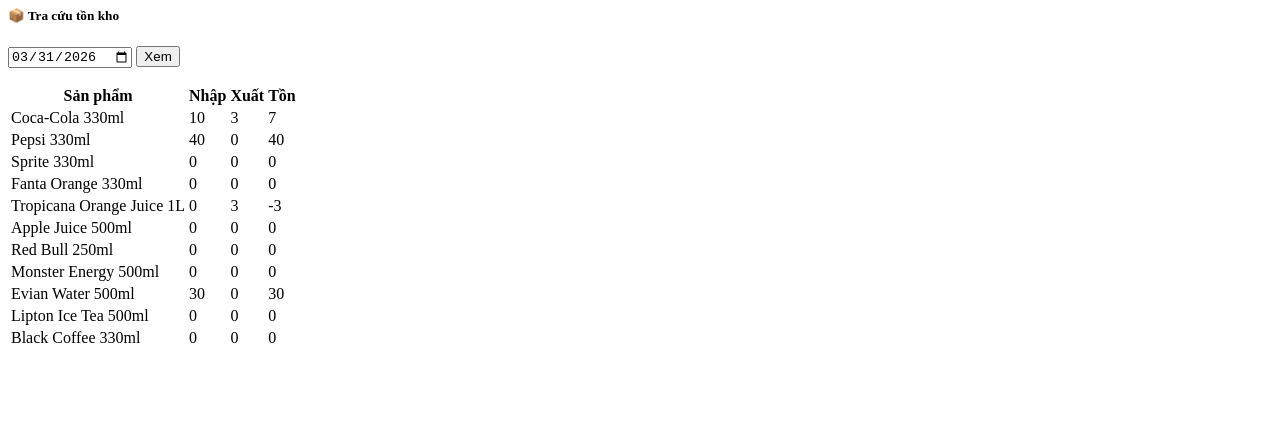
Repository: cu-dat/web2_softdrink
Page: http://localhost/web2_softdrink/admin/report/stock_check.php
An editor plug-in stored every save of this project. The page is shown before and after the next save, followed by the edit.
The browser window is 1280 px wide. The pictures show the whole page.
The page is run by PHP 8.4 with error messages shown; the project is at /var/www/html/. The database holds what the project's SQL file puts in it.

Above is the page before, as saved 2026-03-31 18:35:15.

### admin/report/stock_check.php
<?php
require_once '../config/database.php';

$date = $_GET['date'] ?? date('Y-m-d');

$sql = "
SELECT
    p.id,
    p.name,

    -- tổng nhập
    COALESCE((
        SELECT SUM(d.quantity)
        FROM import_details d
        JOIN imports i ON d.import_id = i.id
        WHERE d.product_id = p.id
        AND i.status = 'completed'
        AND i.created_at <= '$date 23:59:59'
    ),0) AS total_import,

    -- tổng xuất
    COALESCE((
        SELECT SUM(od.quantity)
        FROM order_details od
        JOIN orders o ON od.order_id = o.id
        WHERE od.product_id = p.id
        AND o.status = 'completed'
        AND o.created_at <= '$date 23:59:59'
    ),0) AS total_export

FROM products p
";

$result = $conn->query($sql);
?>

<div class="container mt-4">
    <div class="card shadow">
        <div class="card-header bg-primary text-white">
            <h5>📦 Tra cứu tồn kho</h5>
        </div>

        <div class="card-body">

            <form method="GET" class="mb-3">
                <input type="date" name="date" value="<?= $date ?>" class="form-control w-25 d-inline">
                <button class="btn btn-primary">Xem</button>
            </form>

            <table class="table table-bordered text-center">
                <tr>
                    <th>Sản phẩm</th>
                    <th>Nhập</th>
                    <th>Xuất</th>
                    <th>Tồn</th>
                </tr>

                <?php while($row = $result->fetch_assoc()):
                    $stock = $row['total_import'] - $row['total_export'];
                ?>
                <tr>
                    <td><?= $row['name'] ?></td>
                    <td><?= $row['total_import'] ?></td>
                    <td><?= $row['total_export'] ?></td>
                    <td class="fw-bold"><?= $stock ?></td>
                </tr>
                <?php endwhile; ?>
            </table>

        </div>
    </div>
</div>

### admin/config/database.php
<?php
define('DB_HOST', 'localhost');
define('DB_USER', 'root');
define('DB_PASS', '');
define('DB_NAME', 'soft_drink_store');

$conn = new mysqli(DB_HOST, DB_USER, DB_PASS, DB_NAME);

if ($conn->connect_error) {
    die("Connection failed: " . $conn->connect_error);
}

$conn->set_charset("utf8mb4");
?>

### img/soft_drink_store (2).sql (the tables this page reads)
CREATE TABLE `import_details` (
  `id` int(11) NOT NULL,
  `import_id` int(11) NOT NULL,
  `product_id` int(11) DEFAULT NULL,
  `quantity` int(11) NOT NULL,
  `import_price` decimal(10,2) NOT NULL,
  `profit_margin` decimal(5,2) DEFAULT 0.00,
  `selling_price` decimal(10,2) DEFAULT 0.00,
  `created_at` timestamp NOT NULL DEFAULT current_timestamp()
) ENGINE=InnoDB DEFAULT CHARSET=utf8mb4 COLLATE=utf8mb4_general_ci;

INSERT INTO `import_details` (`id`, `import_id`, `product_id`, `quantity`, `import_price`, `profit_margin`, `selling_price`, `created_at`) VALUES
(1, 1, 1, 10, 10000.00, 0.00, 0.00, '2026-03-31 11:26:27'),
(2, 1, 2, 20, 10000.00, 0.00, 0.00, '2026-03-31 11:53:20'),
(3, 1, 2, 20, 10000.00, 0.00, 0.00, '2026-03-31 11:58:29'),
(4, 5, 9, 30, 7000.00, 0.00, 0.00, '2026-03-31 11:58:42'),
(5, 7, 4, 15, 10000.00, 0.00, 0.00, '2026-04-02 10:51:34'),
(6, 8, 7, 40, 12000.00, 0.00, 0.00, '2026-04-02 10:56:59'),
(7, 10, 8, 30, 9000.00, 0.00, 0.00, '2026-04-02 10:58:14'),
(8, 11, 10, 15, 8000.00, 0.00, 0.00, '2026-04-02 11:40:00'),
(9, 15, 3, 10, 8000.00, 0.00, 0.00, '2026-04-02 11:42:17'),
(10, 16, 10, 10, 8000.00, 0.00, 0.00, '2026-04-02 11:42:51'),
(11, 9, 8, 5, 10000.00, 0.00, 0.00, '2026-04-02 11:57:55'),
(12, 12, 5, 12, 12000.00, 0.00, 0.00, '2026-04-02 11:58:21'),
(13, 14, 11, 50, 11500.00, 0.00, 0.00, '2026-04-02 11:58:37'),
(14, 9, 3, 13, 8000.00, 0.00, 0.00, '2026-04-02 12:07:11'),
(15, 17, 5, 10, 8000.00, 0.00, 0.00, '2026-04-02 12:07:36'),
(16, 18, 6, 15, 9500.00, 0.00, 0.00, '2026-04-02 12:07:53'),
(17, 19, 1, 15, 19500.00, 0.00, 0.00, '2026-04-02 12:09:25'),
(18, 19, 11, 15, 11000.00, 0.00, 0.00, '2026-04-02 12:09:47'),
(19, 19, 2, 10, 9500.00, 0.00, 0.00, '2026-04-02 12:09:55');

ALTER TABLE `import_details`
  ADD PRIMARY KEY (`id`),
  ADD KEY `idx_import` (`import_id`),
  ADD KEY `idx_product` (`product_id`);

ALTER TABLE `import_details`
  MODIFY `id` int(11) NOT NULL AUTO_INCREMENT, AUTO_INCREMENT=20;

ALTER TABLE `import_details`
  ADD CONSTRAINT `fk_import` FOREIGN KEY (`import_id`) REFERENCES `imports` (`id`) ON DELETE CASCADE,
  ADD CONSTRAINT `fk_product` FOREIGN KEY (`product_id`) REFERENCES `products` (`id`) ON DELETE SET NULL;

CREATE TABLE `imports` (
  `id` int(11) NOT NULL,
  `import_code` varchar(50) DEFAULT NULL,
  `import_date` datetime DEFAULT current_timestamp(),
  `supplier_name` varchar(150) DEFAULT NULL,
  `note` text DEFAULT NULL,
  `status` enum('draft','completed') DEFAULT 'draft',
  `created_by` int(11) DEFAULT NULL,
  `created_at` timestamp NOT NULL DEFAULT current_timestamp(),
  `updated_at` timestamp NOT NULL DEFAULT current_timestamp() ON UPDATE current_timestamp()
) ENGINE=InnoDB DEFAULT CHARSET=utf8mb4 COLLATE=utf8mb4_general_ci;

INSERT INTO `imports` (`id`, `import_code`, `import_date`, `supplier_name`, `note`, `status`, `created_by`, `created_at`, `updated_at`) VALUES
(1, NULL, '2026-03-31 18:24:01', NULL, NULL, 'completed', NULL, '2026-03-31 11:24:01', '2026-03-31 11:26:34'),
(2, NULL, '2026-03-31 18:49:17', NULL, NULL, 'completed', NULL, '2026-03-05 02:00:00', '2026-03-31 11:49:17'),
(3, NULL, '2026-03-31 18:49:17', NULL, NULL, 'completed', NULL, '2026-03-10 03:00:00', '2026-03-31 11:49:17'),
(4, NULL, '2026-03-31 18:49:53', NULL, NULL, 'completed', NULL, '2026-03-31 11:49:53', '2026-04-02 10:51:10'),
(5, NULL, '2026-03-31 18:58:31', NULL, NULL, 'completed', NULL, '2026-03-31 11:58:31', '2026-04-02 10:51:11'),
(6, NULL, '2026-04-02 17:50:06', NULL, NULL, 'completed', NULL, '2026-04-02 10:50:06', '2026-04-02 10:51:13'),
(7, NULL, '2026-04-02 17:51:28', NULL, NULL, 'completed', NULL, '2026-04-02 10:51:28', '2026-04-02 10:51:59'),
(8, NULL, '2026-04-02 17:56:16', NULL, NULL, 'completed', NULL, '2026-04-02 10:56:16', '2026-04-02 10:57:01'),
(9, NULL, '2026-04-02 17:57:04', NULL, NULL, 'draft', NULL, '2026-04-02 10:57:04', '2026-04-02 10:57:04'),
(10, NULL, '2026-04-02 17:58:07', NULL, NULL, 'completed', NULL, '2026-04-02 10:58:07', '2026-04-02 10:58:15'),
(11, NULL, '2026-04-02 17:59:32', NULL, NULL, 'draft', NULL, '2026-04-02 10:59:32', '2026-04-02 10:59:32'),
(12, NULL, '2026-04-02 18:07:59', NULL, NULL, 'draft', NULL, '2026-04-02 11:07:59', '2026-04-02 11:07:59'),
(13, NULL, '2026-04-02 18:09:14', NULL, NULL, 'completed', NULL, '2026-04-02 11:09:14', '2026-04-02 11:41:49'),
(14, NULL, '2026-04-02 18:41:24', NULL, NULL, 'draft', NULL, '2026-04-02 11:41:24', '2026-04-02 11:41:24'),
(15, NULL, '2026-04-02 18:42:08', NULL, NULL, 'completed', NULL, '2026-04-02 11:42:08', '2026-04-02 11:42:21'),
(16, NULL, '2026-04-02 18:42:44', NULL, NULL, 'completed', NULL, '2026-04-02 11:42:44', '2026-04-02 11:42:54'),
(17, NULL, '2026-04-02 19:07:30', NULL, NULL, 'completed', NULL, '2026-04-02 12:07:30', '2026-04-02 12:09:03'),
(18, NULL, '2026-04-02 19:07:48', NULL, NULL, 'completed', NULL, '2026-04-02 12:07:48', '2026-04-02 12:08:01'),
(19, NULL, '2026-04-02 19:09:18', NULL, NULL, 'completed', NULL, '2026-04-02 12:09:18', '2026-04-02 12:09:58'),
(20, NULL, '2026-04-02 19:49:50', NULL, NULL, 'draft', NULL, '2026-04-02 12:49:50', '2026-04-02 12:49:50');

ALTER TABLE `imports`
  ADD PRIMARY KEY (`id`),
  ADD UNIQUE KEY `import_code` (`import_code`);

ALTER TABLE `imports`
  MODIFY `id` int(11) NOT NULL AUTO_INCREMENT, AUTO_INCREMENT=21;

CREATE TABLE `order_details` (
  `id` int(11) NOT NULL,
  `order_id` int(11) DEFAULT NULL,
  `product_id` int(11) DEFAULT NULL,
  `quantity` int(11) DEFAULT 1,
  `price` decimal(10,2) DEFAULT NULL,
  `subtotal` decimal(10,2) DEFAULT NULL
) ENGINE=InnoDB DEFAULT CHARSET=utf8mb4 COLLATE=utf8mb4_general_ci;

INSERT INTO `order_details` (`id`, `order_id`, `product_id`, `quantity`, `price`, `subtotal`) VALUES
(1, 1, 1, 2, 15000.00, 30000.00),
(2, 1, 2, 3, 20000.00, 60000.00),
(3, 1, 3, 2, 30000.00, 60000.00),
(4, 2, 2, 5, 20000.00, 100000.00),
(5, 2, 4, 4, 30000.00, 120000.00),
(6, 3, 1, 3, 15000.00, 45000.00),
(7, 3, 5, 3, 45000.00, 135000.00),
(8, 4, 3, 1, 30000.00, 30000.00),
(9, 4, 2, 2, 20000.00, 40000.00),
(10, 5, 4, 5, 30000.00, 150000.00),
(11, 5, 5, 3, 50000.00, 150000.00),
(12, 6, 1, 5, 15000.00, 75000.00),
(13, 6, 2, 2, 25000.00, 50000.00);

ALTER TABLE `order_details`
  ADD PRIMARY KEY (`id`),
  ADD KEY `order_id` (`order_id`),
  ADD KEY `product_id` (`product_id`);

ALTER TABLE `order_details`
  MODIFY `id` int(11) NOT NULL AUTO_INCREMENT, AUTO_INCREMENT=14;

ALTER TABLE `order_details`
  ADD CONSTRAINT `order_details_ibfk_1` FOREIGN KEY (`order_id`) REFERENCES `orders` (`id`) ON DELETE CASCADE;

CREATE TABLE `orders` (
  `id` int(11) NOT NULL,
  `customer_id` int(11) DEFAULT NULL,
  `total_amount` decimal(10,2) DEFAULT 0.00,
  `status` enum('pending','confirmed','completed','cancelled') DEFAULT 'pending',
  `note` text DEFAULT NULL,
  `created_at` timestamp NOT NULL DEFAULT current_timestamp()
) ENGINE=InnoDB DEFAULT CHARSET=utf8mb4 COLLATE=utf8mb4_general_ci;

INSERT INTO `orders` (`id`, `customer_id`, `total_amount`, `status`, `note`, `created_at`) VALUES
(1, 1, 150000.00, 'pending', NULL, '2026-03-25 03:15:00'),
(2, 2, 220000.00, 'confirmed', NULL, '2026-03-26 07:30:00'),
(3, 3, 180000.00, 'completed', NULL, '2026-03-27 02:45:00'),
(4, 1, 95000.00, 'cancelled', NULL, '2026-03-28 09:20:00'),
(5, 2, 300000.00, 'pending', NULL, '2026-03-29 04:10:00'),
(6, 3, 125000.00, 'confirmed', NULL, '2026-03-30 01:00:00');

ALTER TABLE `orders`
  ADD PRIMARY KEY (`id`),
  ADD KEY `customer_id` (`customer_id`);

ALTER TABLE `orders`
  MODIFY `id` int(11) NOT NULL AUTO_INCREMENT, AUTO_INCREMENT=7;

ALTER TABLE `orders`
  ADD CONSTRAINT `orders_ibfk_1` FOREIGN KEY (`customer_id`) REFERENCES `users` (`id`) ON DELETE SET NULL;

CREATE TABLE `products` (
  `id` int(11) NOT NULL,
  `category_id` int(11) DEFAULT NULL,
  `name` varchar(150) NOT NULL,
  `description` text DEFAULT NULL,
  `price` int(11) NOT NULL DEFAULT 0,
  `cost_price` int(11) DEFAULT 0,
  `stock_quantity` int(11) DEFAULT 0,
  `image` varchar(255) DEFAULT NULL,
  `status` tinyint(1) DEFAULT 1,
  `created_at` timestamp NOT NULL DEFAULT current_timestamp(),
  `updated_at` timestamp NOT NULL DEFAULT current_timestamp() ON UPDATE current_timestamp(),
  `sku` varchar(50) DEFAULT NULL,
  `unit` varchar(50) DEFAULT NULL,
  `profit_margin` float DEFAULT 0
) ENGINE=InnoDB DEFAULT CHARSET=utf8mb4 COLLATE=utf8mb4_general_ci;

INSERT INTO `products` (`id`, `category_id`, `name`, `description`, `price`, `cost_price`, `stock_quantity`, `image`, `status`, `created_at`, `updated_at`, `sku`, `unit`, `profit_margin`) VALUES
(1, 1, 'Coca-Cola 330ml', 'Classic Coca-Cola can', 11500, 10000, 25, 'product_1774955750.jpg', 1, '2026-03-11 05:54:56', '2026-04-02 10:55:13', 'C001', 'Lon', 10),
(2, 1, 'Pepsi 330ml', 'Pepsi Cola can', 11000, 10000, 28, 'product_1774955765.jpg', 1, '2026-03-11 05:54:56', '2026-03-31 11:43:17', 'PS001', 'Chai', 10),
(3, 1, 'Sprite 330ml', 'Lemon-lime flavored drink', 9900, 9000, 58, 'product_1774955776.jpg', 0, '2026-03-11 05:54:56', '2026-03-31 11:43:17', 'S001', 'Chai', 10),
(4, 1, 'Fanta Orange 330ml', 'Orange flavored carbonated drink', 9900, 9000, 50, 'product_1774955802.jpg', 1, '2026-03-11 05:54:56', '2026-03-31 11:43:17', 'FO330', 'Chai', 10),
(5, 2, 'Tropicana Orange Juice 1L', 'Pure orange juice', 16500, 15000, 72, 'product_1774955819.jpg', 0, '2026-03-11 05:54:56', '2026-03-31 11:43:17', 'TOJ1L', 'Chai', 10),
(6, 2, 'Apple Juice 500ml', 'Natural apple juice', 13200, 12000, 52, 'product_1774955837.jpg', 1, '2026-03-11 05:54:56', '2026-03-31 11:43:17', 'AJ500', 'Chai', 10),
(7, 3, 'Red Bull 250ml', 'Energy drink', 15400, 14000, 41, 'product_1774955856.jpg', 1, '2026-03-11 05:54:56', '2026-03-31 11:43:17', 'RED250', 'Chai', 10),
(8, 3, 'Monster Energy 500ml', 'Energy drink', 16500, 15000, 43, 'product_1774955865.jpg', 1, '2026-03-11 05:54:56', '2026-03-31 11:43:17', 'ME500', 'Chai', 10),
(9, 4, 'Evian Water 500ml', 'Natural mineral water', 8800, 8000, 14, 'product_1774955877.jpg', 1, '2026-03-11 05:54:56', '2026-03-31 11:43:17', 'EVW500', 'Chai', 10),
(10, 5, 'Lipton Ice Tea 500ml', 'Lemon iced tea', 11000, 10000, 10, 'product_1774955888.jpg', 0, '2026-03-11 05:54:56', '2026-03-31 11:43:17', 'LIP500', 'Chai', 10),
(11, 5, 'Black Coffee 330ml', '', 9900, 9000, 6, 'product_1775135576.jpg', 1, '2026-03-28 01:12:00', '2026-04-02 13:12:56', 'CF012', 'Lon', 10);

ALTER TABLE `products`
  ADD PRIMARY KEY (`id`);

ALTER TABLE `products`
  MODIFY `id` int(11) NOT NULL AUTO_INCREMENT, AUTO_INCREMENT=12;

After the next save:
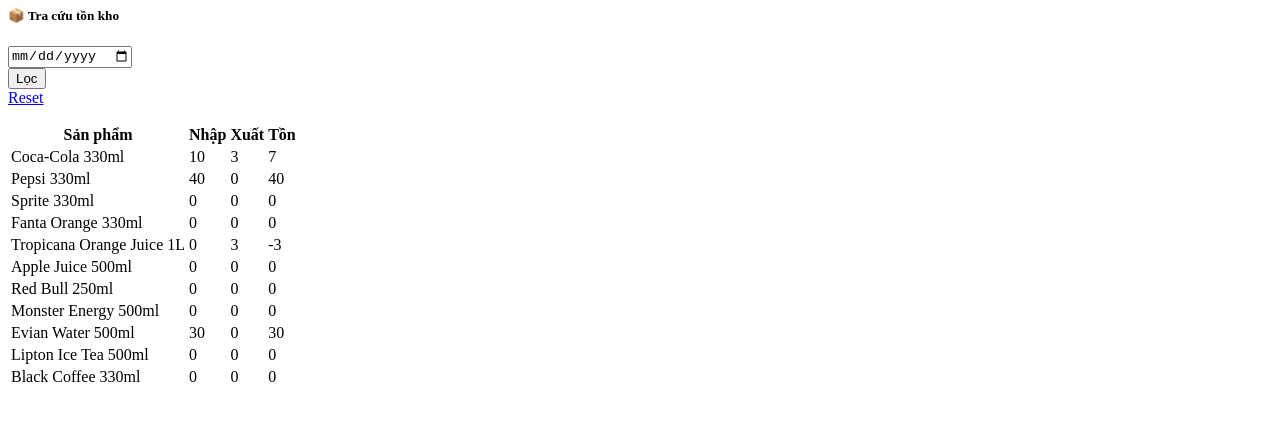
Saved 2 min 19 s later.
--- a/admin/report/stock_check.php
+++ b/admin/report/stock_check.php
@@ -35,38 +35,62 @@
 ?>
 
 <div class="container mt-4">
+
     <div class="card shadow">
-        <div class="card-header bg-primary text-white">
+
+        <div class="card-header bg-primary text-white d-flex justify-content-between">
             <h5>📦 Tra cứu tồn kho</h5>
         </div>
 
         <div class="card-body">
 
-            <form method="GET" class="mb-3">
-                <input type="date" name="date" value="<?= $date ?>" class="form-control w-25 d-inline">
-                <button class="btn btn-primary">Xem</button>
+            <!-- FILTER -->
+            <form method="GET" class="row g-2 mb-3">
+
+                <div class="col-md-3">
+                    <input type="date" name="date" class="form-control">
+                </div>
+
+                <div class="col-md-2">
+                    <button class="btn btn-primary w-100">Lọc</button>
+                </div>
+
+                <div class="col-md-2">
+                    <a href="stock_check.php" class="btn btn-secondary w-100">Reset</a>
+                </div>
+
             </form>
 
-            <table class="table table-bordered text-center">
-                <tr>
-                    <th>Sản phẩm</th>
-                    <th>Nhập</th>
-                    <th>Xuất</th>
-                    <th>Tồn</th>
-                </tr>
+            <!-- TABLE -->
+            <table class="table table-bordered table-hover text-center align-middle">
 
-                <?php while($row = $result->fetch_assoc()):
-                    $stock = $row['total_import'] - $row['total_export'];
-                ?>
-                <tr>
-                    <td><?= $row['name'] ?></td>
-                    <td><?= $row['total_import'] ?></td>
-                    <td><?= $row['total_export'] ?></td>
-                    <td class="fw-bold"><?= $stock ?></td>
-                </tr>
-                <?php endwhile; ?>
+                <thead class="table-dark">
+                    <tr>
+                        <th>Sản phẩm</th>
+                        <th>Nhập</th>
+                        <th>Xuất</th>
+                        <th>Tồn</th>
+                    </tr>
+                </thead>
+
+                <tbody>
+                    <?php while($row = $result->fetch_assoc()):
+                        $stock = $row['total_import'] - $row['total_export'];
+                    ?>
+                    <tr>
+                        <td><?= $row['name'] ?></td>
+                        <td><?= $row['total_import'] ?></td>
+                        <td><?= $row['total_export'] ?></td>
+                        <td class="fw-bold <?= $stock <= 10 ? 'text-danger' : 'text-success' ?>">
+                            <?= $stock ?>
+                        </td>
+                    </tr>
+                    <?php endwhile; ?>
+                </tbody>
+
             </table>
 
         </div>
     </div>
+
 </div>
